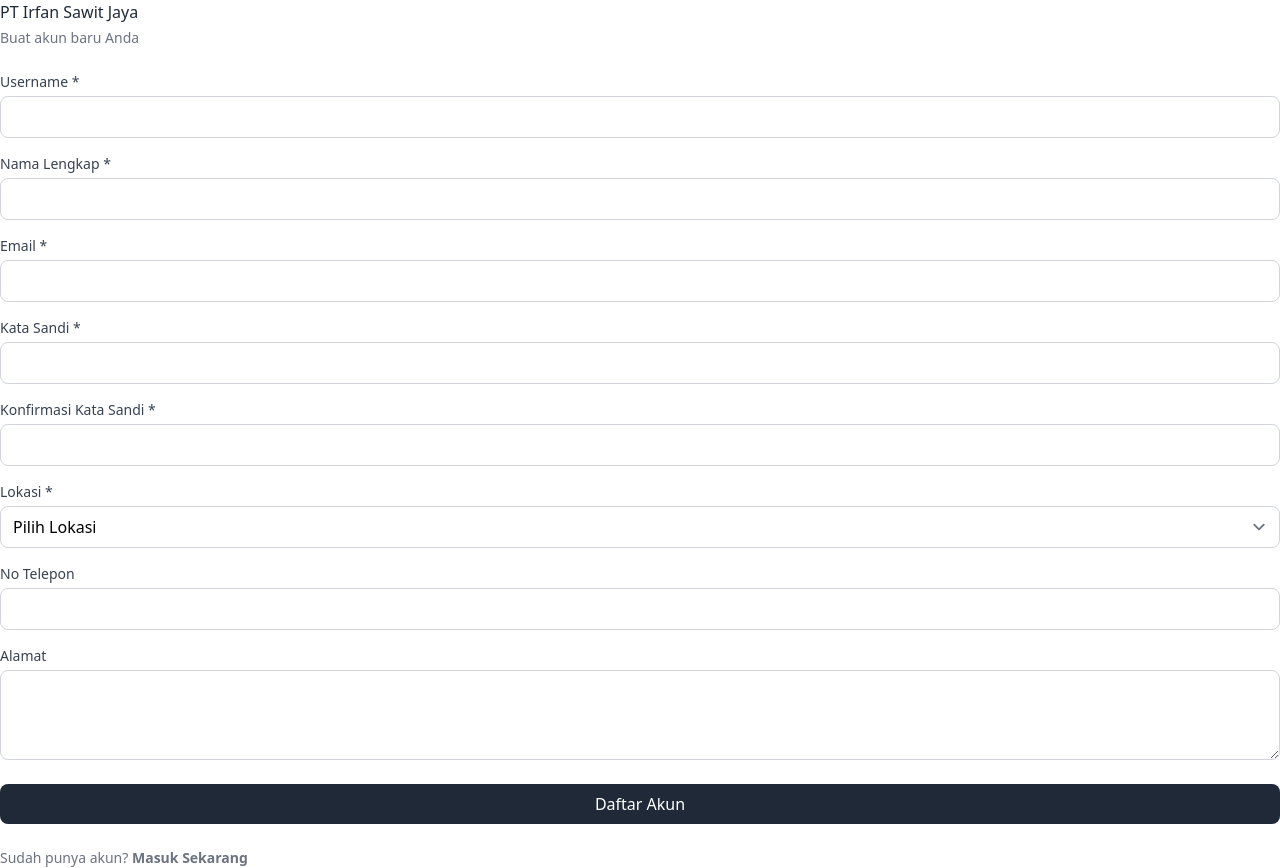
Repository: PalmtrackTeam/palmtrack
Page: http://localhost/register
An editor plug-in stored every save of this project. The page is shown before and after the next save, followed by the edit.
The browser window is 1280 px wide. The pictures show the whole page.
The page is served by the project's Laravel application, run on PHP 8.4 with Laravel 12. The database holds what the project's SQL file puts in it.

Above is the page before, as saved 2025-11-25 18:00:14.

After the next save:
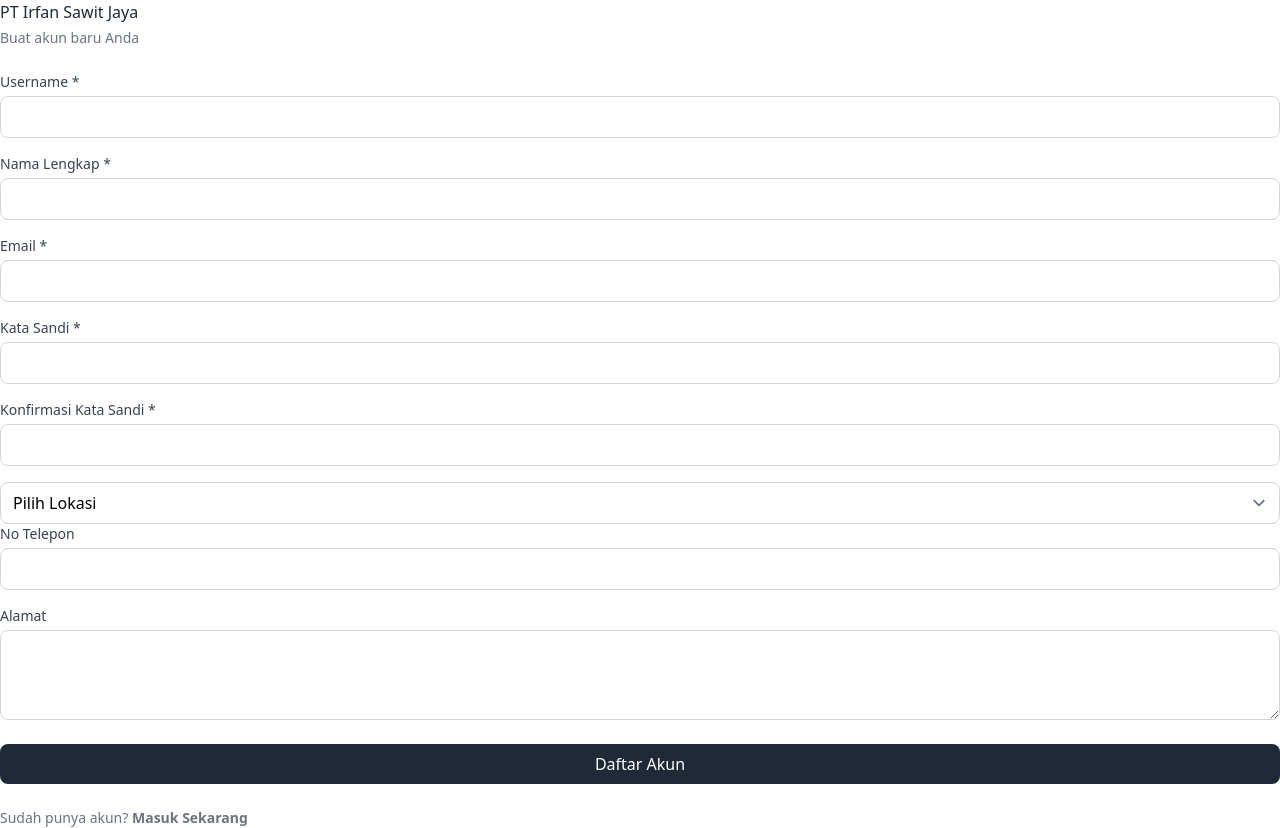
Saved 18 s later.
--- a/resources/views/auth/register.blade.php
+++ b/resources/views/auth/register.blade.php
@@ -80,16 +80,13 @@
             </div>
 
             <!-- PILIH BLOK -->
-            <div class="mb-4">
-    <label class="block text-sm font-medium text-gray-700 dark:text-gray-300">Lokasi *</label>
-    <select name="kategori" required
-            class="mt-1 block w-full rounded-lg border-gray-300 dark:border-gray-700 dark:bg-gray-800 dark:text-white px-3 py-2">
-        <option value="">Pilih Lokasi</option>
-        @foreach ($kategori as $k)
-            <option value="{{ $k->kategori }}">{{ ucfirst($k->kategori) }}</option>
-        @endforeach
-    </select>
-</div>
+            <select name="kategori" required
+        class="mt-1 block w-full rounded-lg border-gray-300 dark:border-gray-700 dark:bg-gray-800 dark:text-white px-3 py-2">
+    <option value="">Pilih Lokasi</option>
+    @foreach ($kategori as $k)
+        <option value="{{ $k->kategori }}">{{ ucfirst($k->kategori) }}</option>
+    @endforeach
+</select>
 
 
             <!-- No Telepon -->

After the save that followed:
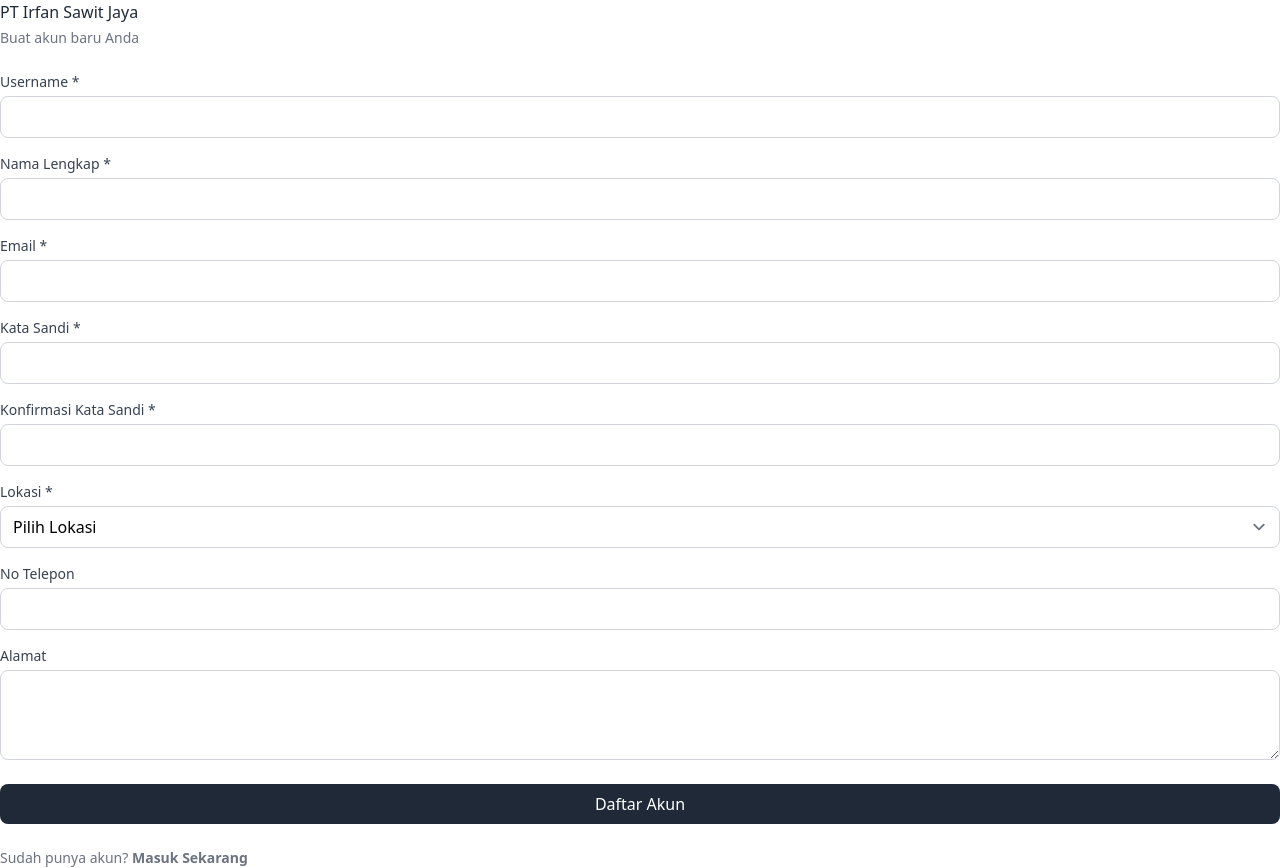
Saved 4 s later.
--- a/resources/views/auth/register.blade.php
+++ b/resources/views/auth/register.blade.php
@@ -80,13 +80,16 @@
             </div>
 
             <!-- PILIH BLOK -->
-            <select name="kategori" required
-        class="mt-1 block w-full rounded-lg border-gray-300 dark:border-gray-700 dark:bg-gray-800 dark:text-white px-3 py-2">
-    <option value="">Pilih Lokasi</option>
-    @foreach ($kategori as $k)
-        <option value="{{ $k->kategori }}">{{ ucfirst($k->kategori) }}</option>
-    @endforeach
-</select>
+            <div class="mb-4">
+    <label class="block text-sm font-medium text-gray-700 dark:text-gray-300">Lokasi *</label>
+    <select name="kategori" required
+            class="mt-1 block w-full rounded-lg border-gray-300 dark:border-gray-700 dark:bg-gray-800 dark:text-white px-3 py-2">
+        <option value="">Pilih Lokasi</option>
+        @foreach ($kategori as $k)
+            <option value="{{ $k->kategori }}">{{ ucfirst($k->kategori) }}</option>
+        @endforeach
+    </select>
+</div>
 
 
             <!-- No Telepon -->
